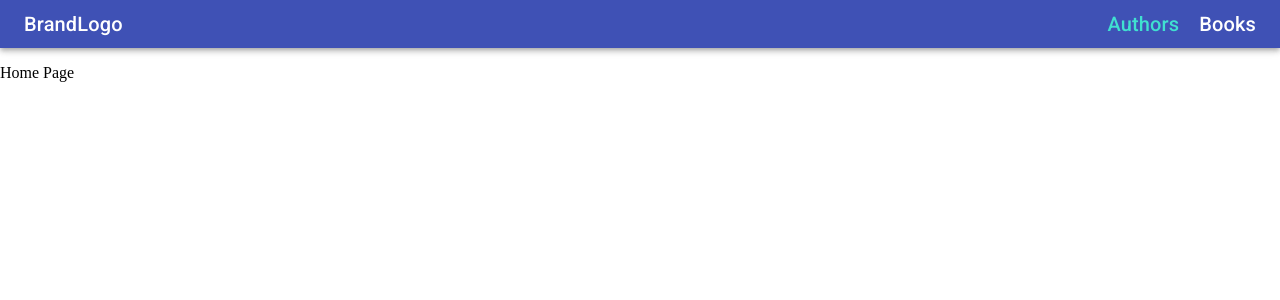
Repository: Sociophuck/00007494
Page: / (app in front/)
An editor plug-in stored every save of this project. The page is shown before and after the next save, followed by the edit.
The browser window is 1280 px wide. The pictures show the whole page.
The pointer rests on the first visible `.header-links > a`.
The project was rebuilt for these pictures with package versions that can differ from the ones it lists, and the page was loaded fresh each time. Also part of the build but not shown: front/src/Author.js, front/src/App.css, front/src/Book.js.

Above is the page before, as saved 2021-04-04 11:07:57.

### front/src/index.css
body {
  margin: 0;
}

.header-links {
  display: flex;
}
.header-links > a {
  margin-left: 20px;
  text-decoration: none;
  color: white;
}
.header-links > a:hover {
  color: turquoise;
}

.link {
  text-decoration: none;
  color: white;
}

### front/src/App.js
import Author from "./Author";
import "./App.css";
import { BrowserRouter as Router, Route, Switch } from "react-router-dom";
import Book from "./Book";
import Home from "./Home";
import NavBar from "./NavBar";

function App() {
  return (
    <Router>
      <div className="App">
        <NavBar />
        <div>
          <Switch>
            <Route exact path="/">
              <Home />
            </Route>
            <Route path="/authors">
              <Author />
            </Route>
            <Route path="/books">
              <Book />
            </Route>
          </Switch>
        </div>
      </div>
    </Router>
  );
}

export default App;

### front/src/Home.js
function Home() {
  return (
    <div>
      <p>Home Page</p>
    </div>
  );
}

export default Home;

### front/src/NavBar.js
import { Link } from "react-router-dom";
import React from "react";
import { makeStyles } from "@material-ui/core/styles";
import AppBar from "@material-ui/core/AppBar";
import Toolbar from "@material-ui/core/Toolbar";
import Typography from "@material-ui/core/Typography";

const useStyles = makeStyles((theme) => ({
  root: {
    flexGrow: 1,
    color: "",
  },
  logo: {
    flexGrow: 1,
  },
}));

function NavBar() {
  const classes = useStyles();

  return (
    <div className={classes.root}>
      <AppBar position="static">
        <Toolbar variant="dense">
          <Typography className={classes.logo} variant="h6">
            <Link to="/" className="link">
              BrandLogo
            </Link>
          </Typography>

          <div className="header-links">
            <Link to="/authors">
              <Typography variant="h6" color="inherit">
                Authors
              </Typography>
            </Link>
            <Link to="/books">
              <Typography variant="h6" color="inherit">
                Books
              </Typography>
            </Link>
          </div>
        </Toolbar>
      </AppBar>
    </div>
  );
}

export default NavBar;

Loaded but not shown: front/public/index.html (common file); front/src/index.js (common file); front/public/manifest.json (common file)

After the next save:
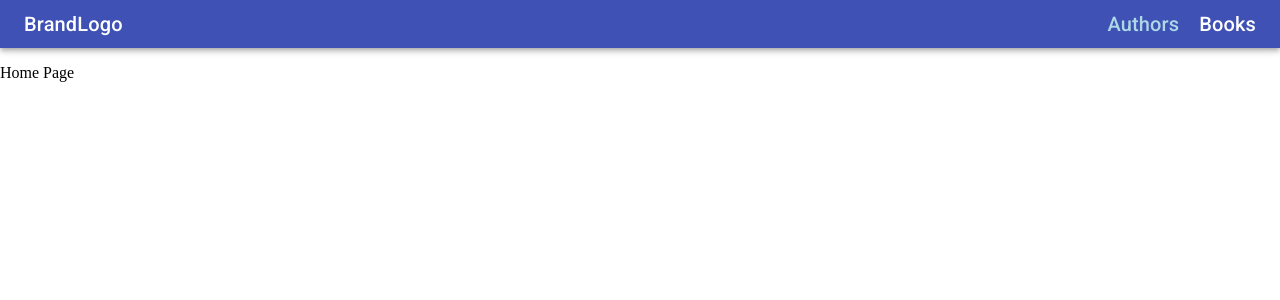
Saved 13 s later.
--- a/front/src/index.css
+++ b/front/src/index.css
@@ -11,7 +11,7 @@ body {
   color: white;
 }
 .header-links > a:hover {
-  color: turquoise;
+  color: lightblue;
 }
 
 .link {
